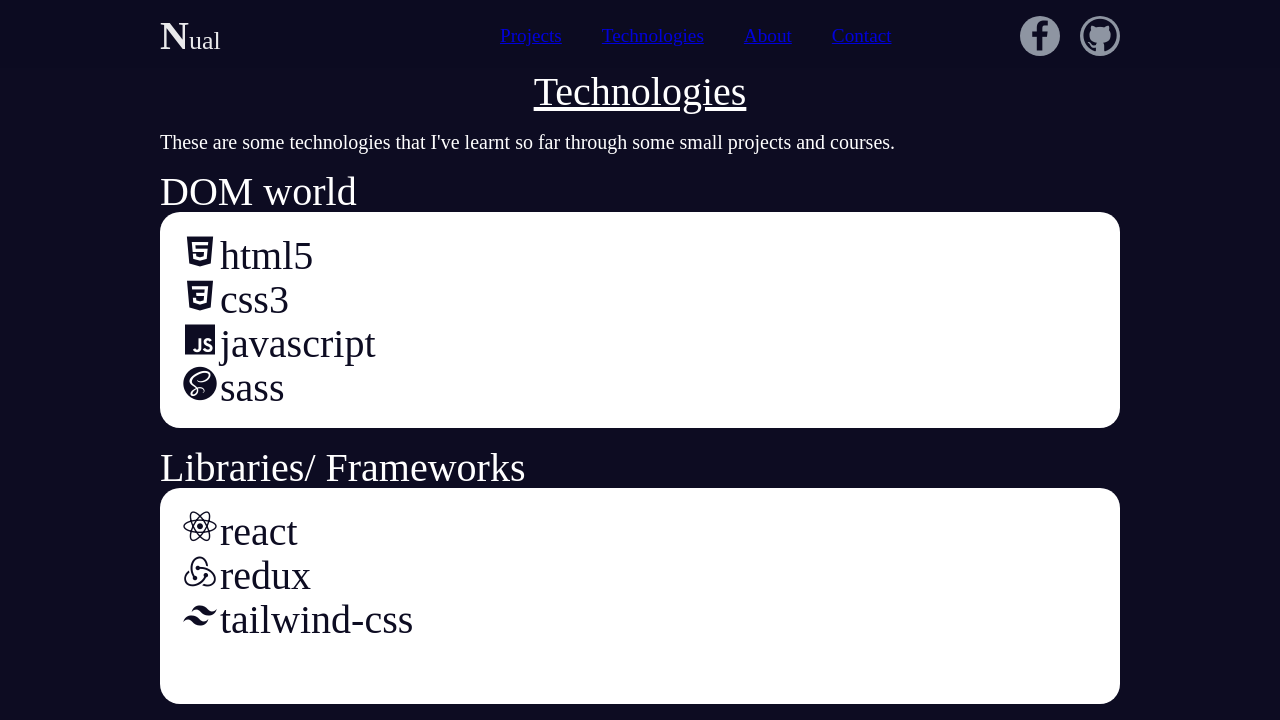
Repository: luanhoang0902/profile-react
Page: /Technologies
An editor plug-in stored every save of this project. The page is shown before and after the next save, followed by the edit.
The browser window is 1280 px wide. The pictures show the whole page.
The project was rebuilt for these pictures with package versions that can differ from the ones it lists, and the page was loaded fresh each time. Also part of the build but not shown: src/css/Projects.css, src/features/Projects.jsx, src/css/About.css, src/features/About.jsx, src/css/Contact.css, src/features/Contact.jsx.

Above is the page before, as saved 2022-05-22 12:32:38.

### public/index.html
<!DOCTYPE html>
<html lang="en">
  <head>
    <meta charset="utf-8" />
    <link rel="icon" href="%PUBLIC_URL%/favicon.ico" />
    <meta name="viewport" content="width=device-width, initial-scale=1" />
    <meta name="theme-color" content="#000000" />
    <meta
      name="description"
      content="Web site created using create-react-app"
    />
    <link rel="apple-touch-icon" href="%PUBLIC_URL%/logo192.png" />
    <!--
      manifest.json provides metadata used when your web app is installed on a
      user's mobile device or desktop. See https://developers.google.com/web/fundamentals/web-app-manifest/
    -->
    <link rel="manifest" href="%PUBLIC_URL%/manifest.json" />
    <!--
      Notice the use of %PUBLIC_URL% in the tags above.
      It will be replaced with the URL of the `public` folder during the build.
      Only files inside the `public` folder can be referenced from the HTML.

      Unlike "/favicon.ico" or "favicon.ico", "%PUBLIC_URL%/favicon.ico" will
      work correctly both with client-side routing and a non-root public URL.
      Learn how to configure a non-root public URL by running `npm run build`.
    -->
    <link rel="stylesheet"
    href="https://cdn.jsdelivr.net/npm/boxicons@latest/css/boxicons.min.css">
    <!-- or -->
    <link rel="stylesheet"
    href="https://unpkg.com/boxicons@latest/css/boxicons.min.css">
    <title>React App</title>
  </head>
  <body>
    <noscript>You need to enable JavaScript to run this app.</noscript>
    <div id="root"></div>
    <!--
      This HTML file is a template.
      If you open it directly in the browser, you will see an empty page.

      You can add webfonts, meta tags, or analytics to this file.
      The build step will place the bundled scripts into the <body> tag.

      To begin the development, run `npm start` or `yarn start`.
      To create a production bundle, use `npm run build` or `yarn build`.
    -->
  </body>
</html>

### src/App.js
import './App.css';
import Intro from './components/Intro';
import Header from './components/Header'
import { Route, Routes } from 'react-router-dom';
import Projects from './features/Projects';
import Technologies from './features/Technologies';
import About from './features/About';
import Contact from './features/Contact';

function App() {
  return (
    <div className="App" style = {{background: '#0d0c22', color: '#fff'}}>
      <Intro/>
      <Header/>
      <Routes>
        <Route path = '/Projects' element = {<Projects/>} exact />
        <Route path = '/Technologies' element = {<Technologies/>} exact />
        <Route path = '/About' element = {<About/>} exact />
        <Route path = '/Contact' element = {<Contact/>} exact />
      </Routes>
    </div>
  );
}

export default App;

### src/App.css
/* http://meyerweb.com/eric/tools/css/reset/
   v2.0 | 20110126
   License: none (public domain)
*/
* {
	box-sizing: border-box;
}

html, body, div, span, applet, object, iframe,
h1, h2, h3, h4, h5, h6, p, blockquote, pre,
a, abbr, acronym, address, big, cite, code,
del, dfn, em, img, ins, kbd, q, s, samp,
small, strike, strong, sub, sup, tt, var,
b, u, i, center,
dl, dt, dd, ol, ul, li,
fieldset, form, label, legend,
table, caption, tbody, tfoot, thead, tr, th, td,
article, aside, canvas, details, embed,
figure, figcaption, footer, header, hgroup,
menu, nav, output, ruby, section, summary,
time, mark, audio, video {
	margin: 0;
	padding: 0;
	border: 0;
	font-size: 100%;
	font: inherit;
	vertical-align: baseline;
}
/* HTML5 display-role reset for older browsers */
article, aside, details, figcaption, figure,
footer, header, hgroup, menu, nav, section {
	display: block;
}
body {
	line-height: 1;
}
ul {
	list-style: none;
}
blockquote, q {
	quotes: none;
}
blockquote:before, blockquote:after,
q:before, q:after {
	content: '';
	content: none;
}
table {
	border-collapse: collapse;
	border-spacing: 0;
}

### src/components/Intro.jsx
import React, { useEffect, useRef } from 'react';
import PropTypes from 'prop-types';

import "../css/Intro.css"

Intro.propTypes = {

};

function Intro(props) {

    const intro = useRef()

    useEffect(() => {
        console.log(intro.current)
        setTimeout(() => {
            intro.current.classList.add('up')
        },4000)
    },[])

    return (
        <div className="intro" ref = {intro}>
            <span className="text-1">
                <div></div>
            </span>
            <span className="text-2">P</span>
            <span className="text-3">E</span>
            <span className="text-4">N</span>
        </div>
    );
}

export default Intro;

### src/components/Header.jsx
import React, { useEffect, useRef } from "react";
import PropTypes from "prop-types";

import "../css/Header.css";
import { Link } from "react-router-dom";

Header.propTypes = {};

function Header(props) {
  const varHeader = useRef();

  useEffect(() => {
    window.addEventListener("scroll", (event) => {
      let scrollY = window.scrollY;
      scrollY > 180
        ? varHeader.current.classList.add("abc")
        : varHeader.current.classList.remove("abc");
    });
  }, []);

  return (
    <div className="header" ref={varHeader}>
      <div className="header__content">
        <div className="header__one">Nual</div>
        <div className="header__two">
          <div>
            <Link to="/Projects">Projects</Link>
          </div>
          <div>
            <Link to="/Technologies">Technologies</Link>
          </div>
          <div>
            <Link to="/About">About</Link>
          </div>
          <div>
            <Link to="/Contact">Contact</Link>
          </div>
        </div>
        <div className="header__three">
          <a href="https://www.facebook.com/profile.php?id=100029577947626">
            <i class="bx bxl-facebook"></i>
          </a>
          <a href = 'https://github.com/luanhoang0902 '>
            <i class="bx bxl-github"></i>
          </a>
        </div>
      </div>
    </div>
  );
}

export default Header;

### src/features/Technologies.jsx
import React from 'react';
import PropTypes from 'prop-types';

import "../css/Technologies.css"

Technologies.propTypes = {

};
const doms = ["html5", "css3", "javascript", "sass"]
const libraries = ['react','redux','tailwind-css']
function Technologies(props) {
    return (
        <div className = 'technologies'>
            <u>Technologies</u>
            <div className = 'technologies__content'>
                <span >
                These are some technologies that I've learnt
                so far through some small projects and courses.
                </span>
                <div className = 'technologies__content-1'>DOM world
                    <div className = 'technologies__content-item1'>
                    <ul>
                        {doms.map((dom) => (
                            <li><i class={`bx bxl-${dom}`}>{dom}</i></li>
                        ))}
                    </ul>
                    </div>
                </div>
                <div className = 'technologies__content-2'>Libraries/ Frameworks
                    <div className = 'technologies__content-item2'>
                    <ul>
                        {libraries.map((librarie) => (
                            <li><i class={`bx bxl-${librarie}`}>{librarie}</i></li>
                        ))}
                    </ul>
                    </div>
                </div>
            </div>
        </div>
    );
}

export default Technologies;

### src/css/Intro.css
@import url(./variable.css);

.intro {
    position: fixed;

    height: 100vh;
    width: 100vw;
    background-color: var(--black);

    color: var(--white);
    text-align: center;
    line-height: 100vh;

    font-size: 60px;
    font-weight: 600;
    transition: all 2s ease-out;
    z-index: 100;
}
.up {
    transform: translateY(-100%);
    opacity: 0;
}
.intro  span {
    display: inline-block;
}
.text-1 {
    display: inline-block;

    height: 50px;
    width: 50px;
    background-color: white;

    border: 5px solid var(--white);
    border-radius: 50%;

    animation: up 2s  infinite linear;
}
.text-2 {
    animation: up 2s  infinite linear 0.25s;
}
.text-3 {
    animation: up 2s  infinite linear 0.5s;
}
.text-4 {
    animation: up 2s  infinite linear 0.75s;
}
.text-1 div {
    height: 30px;
    width: 30px;
    background-color: white;

    border: 10px solid var(--black);
    border-right: transparent solid 10px;
    border-radius: 50%;

    animation: xoay 5s  infinite linear;
}
/* .in {
    height: 20px;
    width: 20px;
    background-color: white;

    border-right: 10px solid var(--black);
    border-radius: 50%;
} */

@keyframes xoay {
    from {
        transform: rotate(0);
    }
    to{
        transform: rotate(360deg);
    }
}

@keyframes up {
    0% {
        transform: translateY(0px);
    }
    50% {
        transform: translateY(-20px);
    }
    100% {
        transform: translateY(0px);
    }
}

@keyframes non1 {
    to{
        transform: translateY(-100%);
    }
}

### src/css/Header.css
@import url(./variable.css);

.header {
    position: fixed;

    height: 10vh;
    width: 100vw;

}
.abc {
    background-color: var(--black)
}
.header__content {
    display: flex;

    height: 100%;
    width: 75vw;

    margin: 0 auto;
}
.header__content div {
    height: 100%;
    width: 25vw;

    line-height: 10vh;
}
.header__one {
    font-size: 26px;
}
.header__one::first-letter {
    font-size: 40px;
    font-weight: 600;
}
.header__two {
    display: flex;
}
.header__two div {
    color: var(--gray);
    font-size: 1.2rem;

    transition: all 0.5s ease;
    margin: 0 20px;
}
.header__two div:hover {
    color: var(--white);
    transform: scale(1.2);
    cursor: pointer;
}
.header__three div:hover {
    background-color: var(--white);
    transform: scale(1.2);
    cursor: pointer;
}
.header__three {
    display: flex;
    align-items: center;
    justify-content: flex-end;
}
.header__three a {
    height: 40px;
    width: 40px;
    background-color: var(--gray);

    border-radius: 50%;
    margin-left: 20px ;

    color: var(--black);
    font-size: 40px;
    text-align: center;
    line-height:40px;

}

### src/css/Technologies.css
.technologies {
    height: 100vh;
    width: 75vw;


    margin: 0 auto;
    padding-top: 10vh;

    text-align: center;
    font-size: 20px;
}
.technologies u {
    font-size: 40px;
}
.technologies__content {
    width: 75vw;

    margin-top: 20px;

    text-align: left;
}
.technologies__content-1,
.technologies__content-2 {
    margin-top: 20px;
    font-size: 40px;
}
.technologies__content-item1,
.technologies__content-item2 {
    height: 30vh;
    width: 75vw;

    background-color: var(--white);

    padding: 20px;

    color: var(--black);

    border-radius: 20px;
}
.technologies__content-item1 li,
.technologies__content-item2 li {
    font-size: 40px;
}

### src/css/variable.css
:root {
    --black: #0d0c22;
    --white: white;
    --gray: #9ca3af;
}

Loaded but not shown: src/index.js (common file)

After the next save:
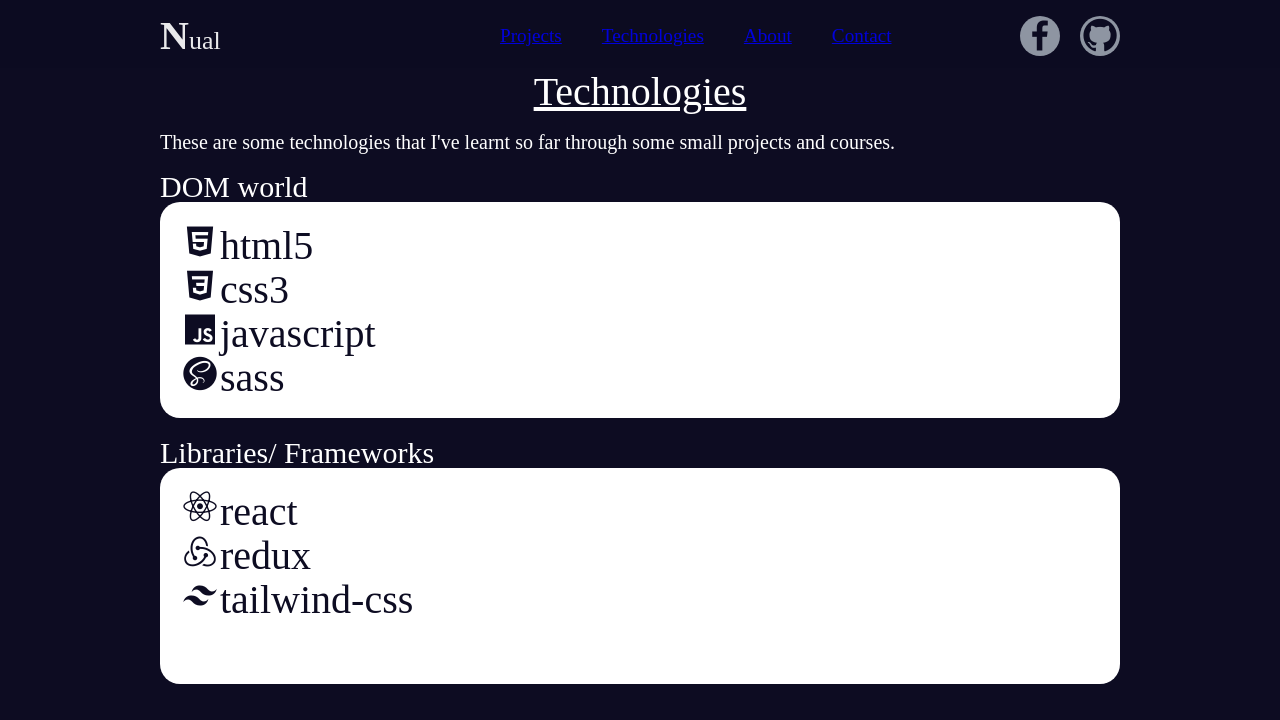
Saved 10 s later.
--- a/src/css/Technologies.css
+++ b/src/css/Technologies.css
@@ -22,7 +22,7 @@
 .technologies__content-1,
 .technologies__content-2 {
     margin-top: 20px;
-    font-size: 40px;
+    font-size: 30px;
 }
 .technologies__content-item1,
 .technologies__content-item2 {
